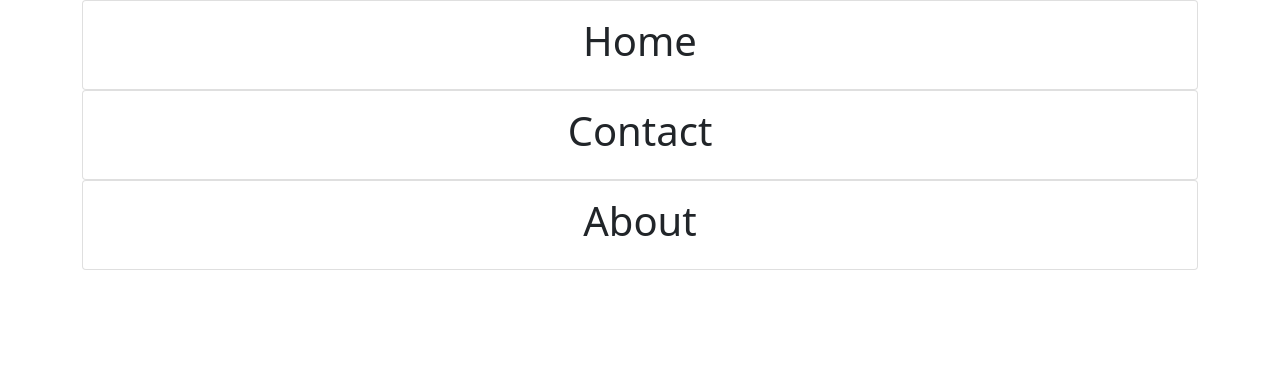
Repository: aman0801/React_Bootstrap
Page: /
The author's editor kept a copy of each file at every save. The page is drawn from the files as they stood at one save, then again after a run of saves.
The browser window is 1280 px wide. The pictures show the whole page.
The project was rebuilt for these pictures with package versions that can differ from the ones it lists, and the page was loaded fresh each time.

Above is the page before, as saved 2023-04-16 11:15:04.

### src/index.js
import React from 'react';
import ReactDOM from 'react-dom/client';
import './index.css';
import App from './App';
import 'bootstrap/dist/css/bootstrap.min.css';
import "bootstrap/dist/js/bootstrap.bundle.min.js";


const root = ReactDOM.createRoot(document.getElementById('root'));
root.render(
  <React.StrictMode>
    <App />
  </React.StrictMode>
);

### src/App.js

import './App.css';
import About from './components/pages/About';
import Contact from './components/pages/Contact';
import Home from './components/pages/Home';


function App() {
  return (
    <div className="App">
      <Home />
      <Contact />
      <About />
    </div>
  );
}

export default App;

### src/components/pages/About.js
import React from 'react'

const About = () => {
  return (
    <div className="container">
    <div className="card">
        <div className="card-body">
            <h1>About</h1>
        </div>
    </div>
</div>
  )
}

export default About

### src/components/pages/Contact.js
import React from 'react'

const Contact = () => {
  return (
    <div className="container">
    <div className="card">
        <div className="card-body">
            <h1>Contact</h1>
        </div>
    </div>
</div>
  )
}

export default Contact

### src/components/pages/Home.js
import React from 'react'

const Home = () => {
    return (
        <div className="container">
            <div className="card">
                <div className="card-body">
                    <h1>Home</h1>
                </div>
            </div>
        </div>
    )
}

export default Home

### src/components/inc/Navbar.js
import React from 'react'

const Navbar = () => {
    return (
        <nav class="navbar navbar-expand-lg bg-light">
            <div class="container-fluid">
                <a class="navbar-brand" href="/">Navbar</a>
                <button class="navbar-toggler" type="button" data-bs-toggle="collapse" data-bs-target="#navbarSupportedContent" aria-controls="navbarSupportedContent" aria-expanded="false" aria-label="Toggle navigation">
                    <span class="navbar-toggler-icon"></span>
                </button>
                <div class="collapse navbar-collapse" id="navbarSupportedContent">
                    <ul class="navbar-nav me-auto mb-2 mb-lg-0">
                        <li class="nav-item">
                            <a class="nav-link active" aria-current="page" href="/">Home</a>
                        </li>
                        <li class="nav-item">
                            <a class="nav-link" href="/">Link</a>
                        </li>
                    </ul>
                </div>
            </div>
        </nav>
    )
}

export default Navbar

Loaded but not shown: public/index.html (common file); src/index.css (common file); src/App.css (common file)

After the next 5 saves:
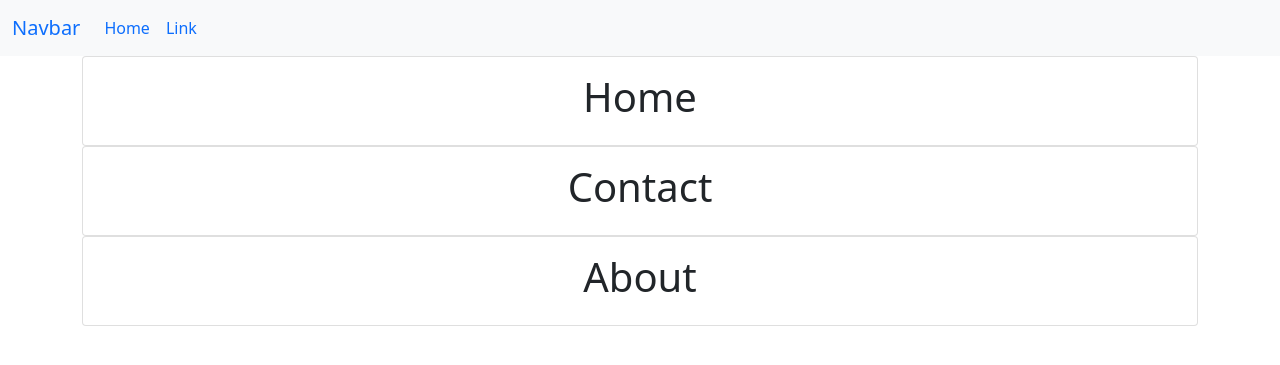
The 5 saves are shown as one change because they came seconds apart.
The last was saved 49 s later.
--- a/src/App.js
+++ b/src/App.js
@@ -1,5 +1,6 @@
 
 import './App.css';
+import Navbar from './components/inc/Navbar';
 import About from './components/pages/About';
 import Contact from './components/pages/Contact';
 import Home from './components/pages/Home';
@@ -8,6 +9,7 @@ import Home from './components/pages/Home';
 function App() {
   return (
     <div className="App">
+      <Navbar />
       <Home />
       <Contact />
       <About />
